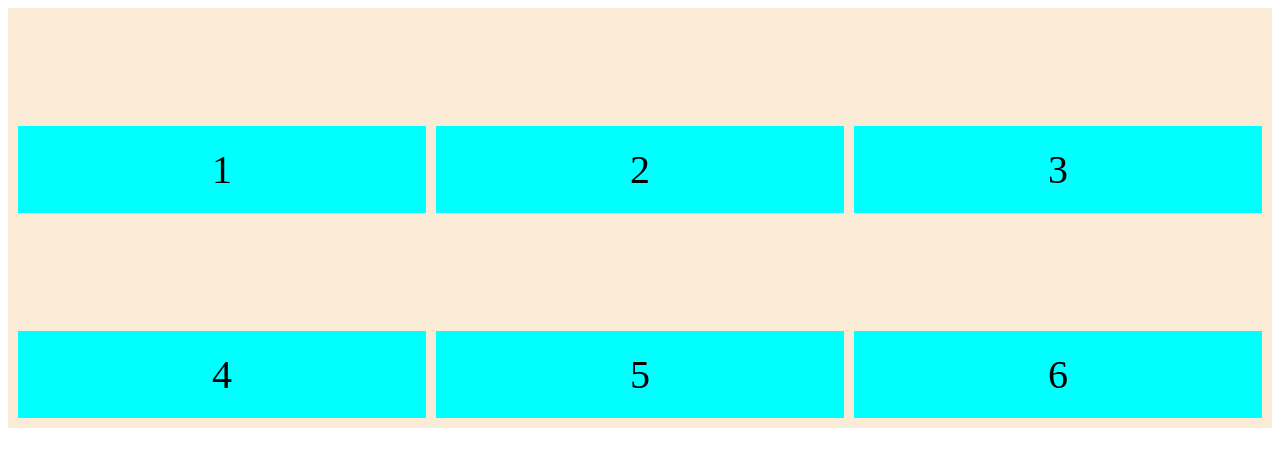
Repository: Thonghehe/Lab1_WEB106
Page: index11.html
The author's editor kept a copy of each file at every save. The page is drawn from the files as they stood at one save, then again after the next save.
The browser window is 1280 px wide. The pictures show the whole page.

Above is the page before, as saved 2024-03-05 17:51:27.

### index11.html
<!DOCTYPE html>
<html lang="en">

<head>
    <meta charset="UTF-8">
    <meta name="viewport" content="width=device-width, initial-scale=1.0">
    <title>Document</title>
    <link rel="stylesheet" href="./style.css">
</head>

<body>
    <div class="grid-container">
        <div>1</div>
        <div>2</div>
        <div>3</div>
        <div>4</div>
        <div>5</div>
        <div>6</div>
    </div>
</body>

</html>

### style.css
.grid-container {
    display: grid;
    height: 400px;
    align-items: end;
    grid-template-columns: auto auto auto;
    gap: 10px;
    background-color: antiquewhite;
    padding: 10px;
}

.grid-container>div {
    background-color: aqua;
    text-align: center;
    padding: 20px;
    font-size: 40px;
}

After the next save:
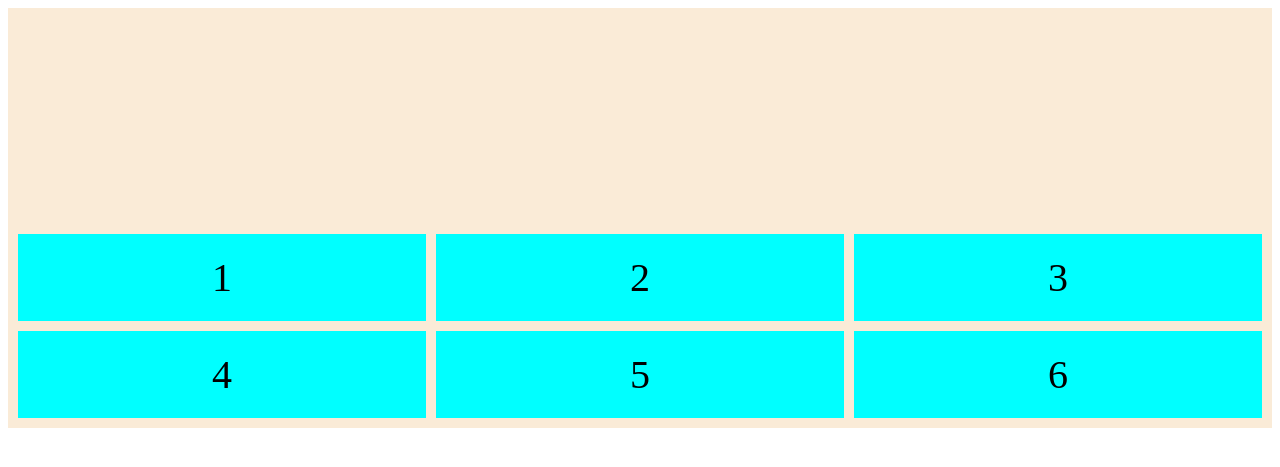
Saved 36 s later.
--- a/style.css
+++ b/style.css
@@ -1,7 +1,7 @@
 .grid-container {
     display: grid;
     height: 400px;
-    align-items: end;
+    align-content: end;
     grid-template-columns: auto auto auto;
     gap: 10px;
     background-color: antiquewhite;
